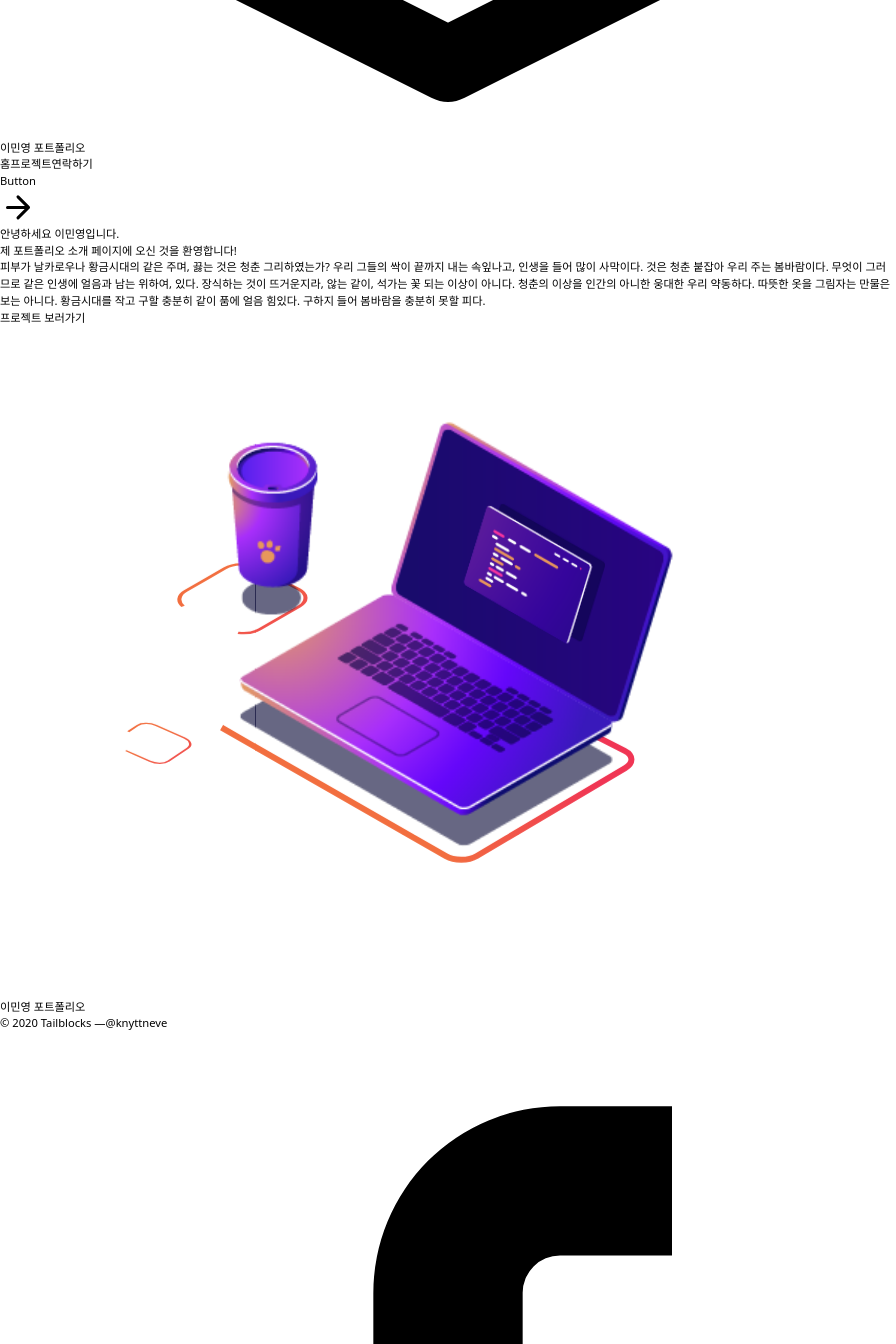
Repository: LeeMinYoung1/next-portfolio-tutorial
Page: /
These files come from the project's save history. The page is drawn as it stood at one moment and after the next save; the edit follows.
The browser window is 1280 px wide. The pictures show the part of the page from y = 1082 to 3002 px (the page is 7675 px tall before and 7600 px after), at 70% of full size.
The project was rebuilt for these pictures with package versions that can differ from the ones it lists, and the page was loaded fresh each time. The framework's server and built-in components were replaced by stand-ins that run in the browser. Also part of the build but not shown: next.config.js.

Above is the page before, as saved 2022-10-25 04:27:14.

After the next save:
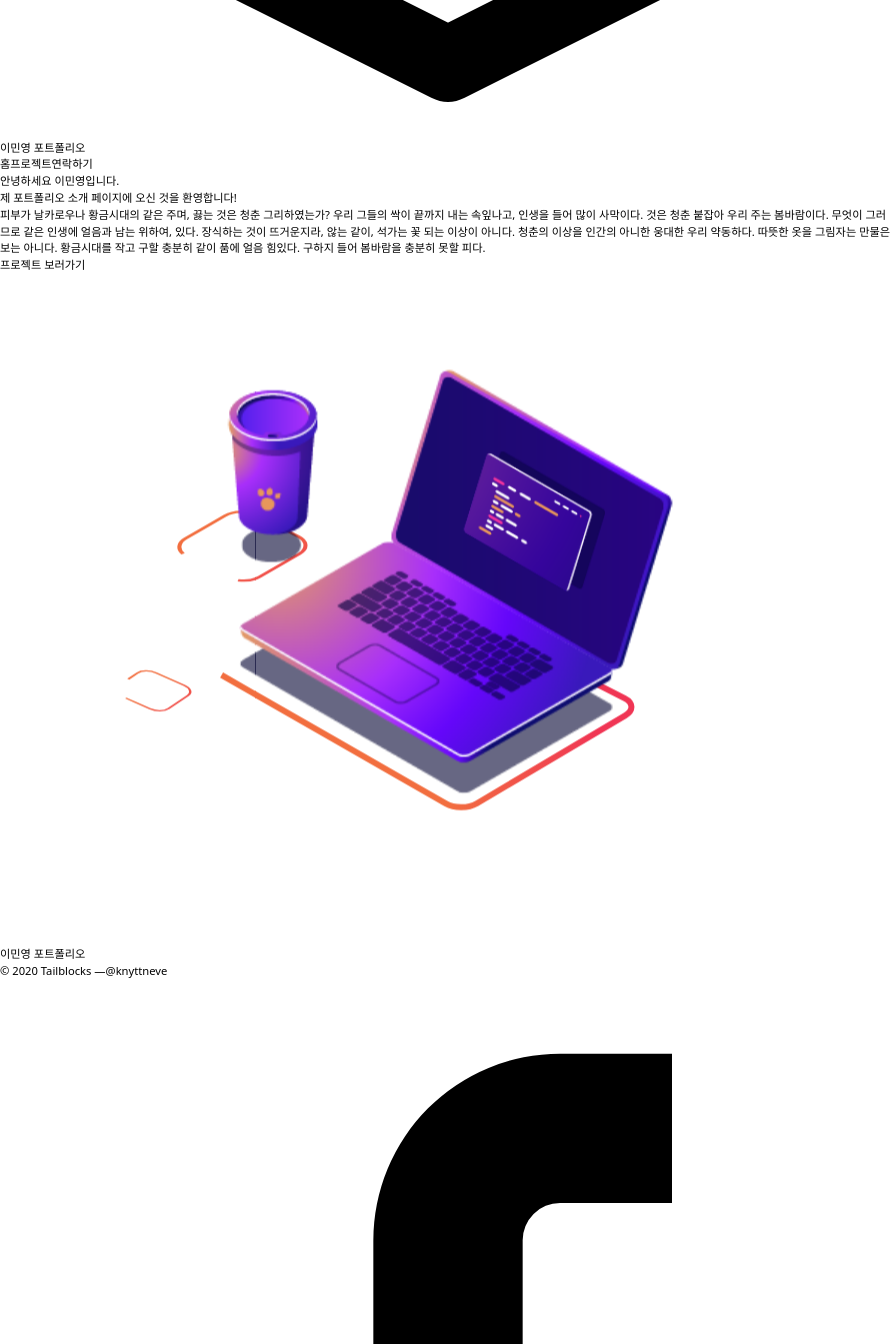
Saved 21 s later.
--- a/components/header.js
+++ b/components/header.js
@@ -28,11 +28,7 @@
 
       <a href="https://open.kakao.com/o/s1BHyWgc" className="mr-5 hover:text-gray-900">연락하기</a>
     </nav>
-    <button className="inline-flex items-center bg-gray-100 border-0 py-1 px-3 focus:outline-none hover:bg-gray-200 rounded text-base mt-4 md:mt-0">Button
-      <svg fill="none" stroke="currentColor" stroke-linecap="round" stroke-linejoin="round" stroke-width="2" className="w-4 h-4 ml-1" viewBox="0 0 24 24">
-        <path d="M5 12h14M12 5l7 7-7 7"></path>
-      </svg>
-    </button>
+
   </div>
 </header>
         </>
